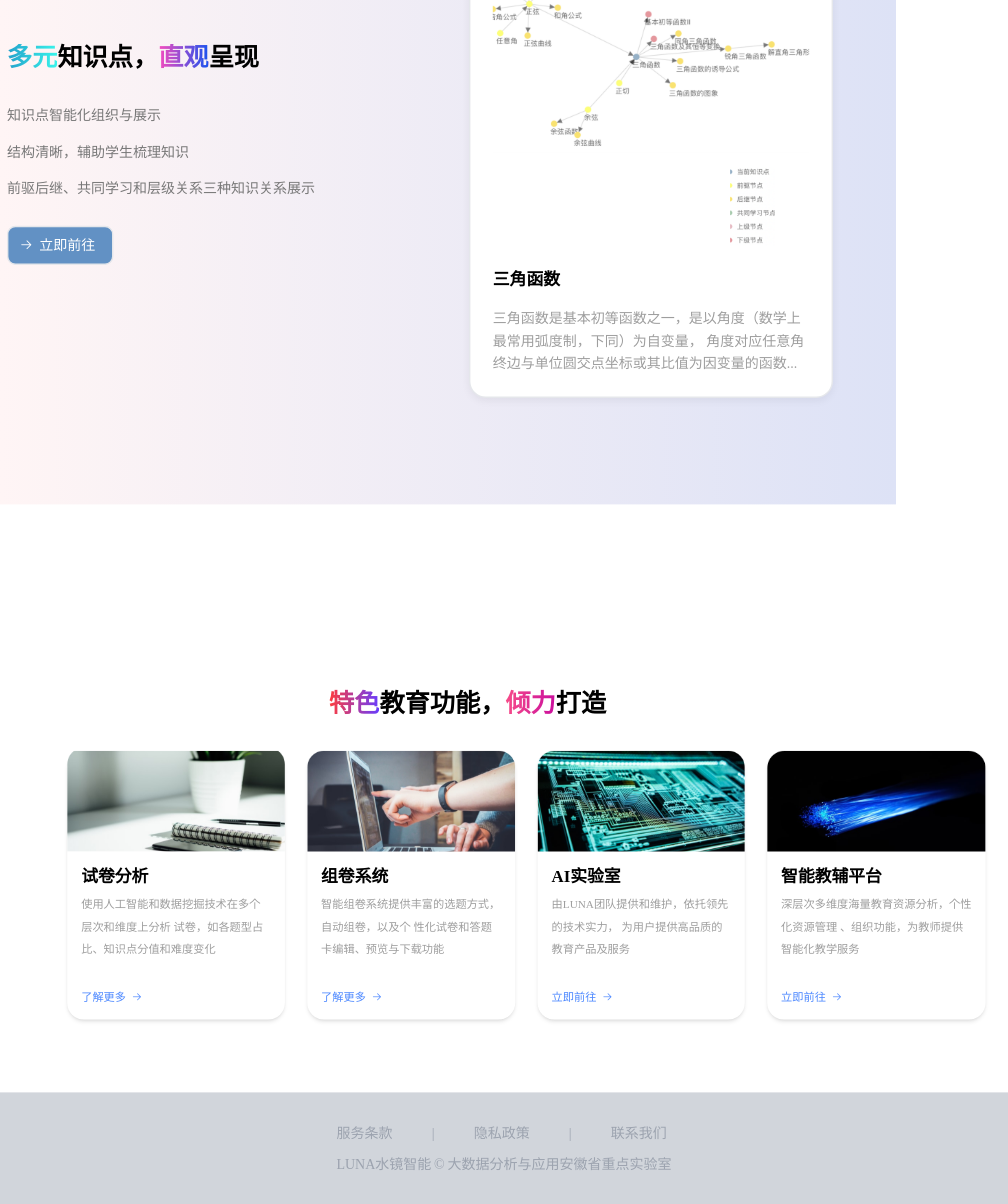
Repository: xydzy1/vue-start
Page: /
The author's editor kept a copy of each file at every save. The page is drawn from the files as they stood at one save, then again after the next save.
The browser window is 1280 px wide. The page is 1440 px wide, so the pictures cover 1440 px, including what lies to the right of the window. The pictures show the part of the page from y = 2632 to 4352 px (the page is 4352 px tall), at 70% of full size.
The project was rebuilt for these pictures with package versions that can differ from the ones it lists, and the page was loaded fresh each time. Also part of the build but not shown: vite.config.js, vue.config.cjs, src/assets/part1.css.

Above is the page before, as saved 2023-08-13 12:43:55.

After the next save:
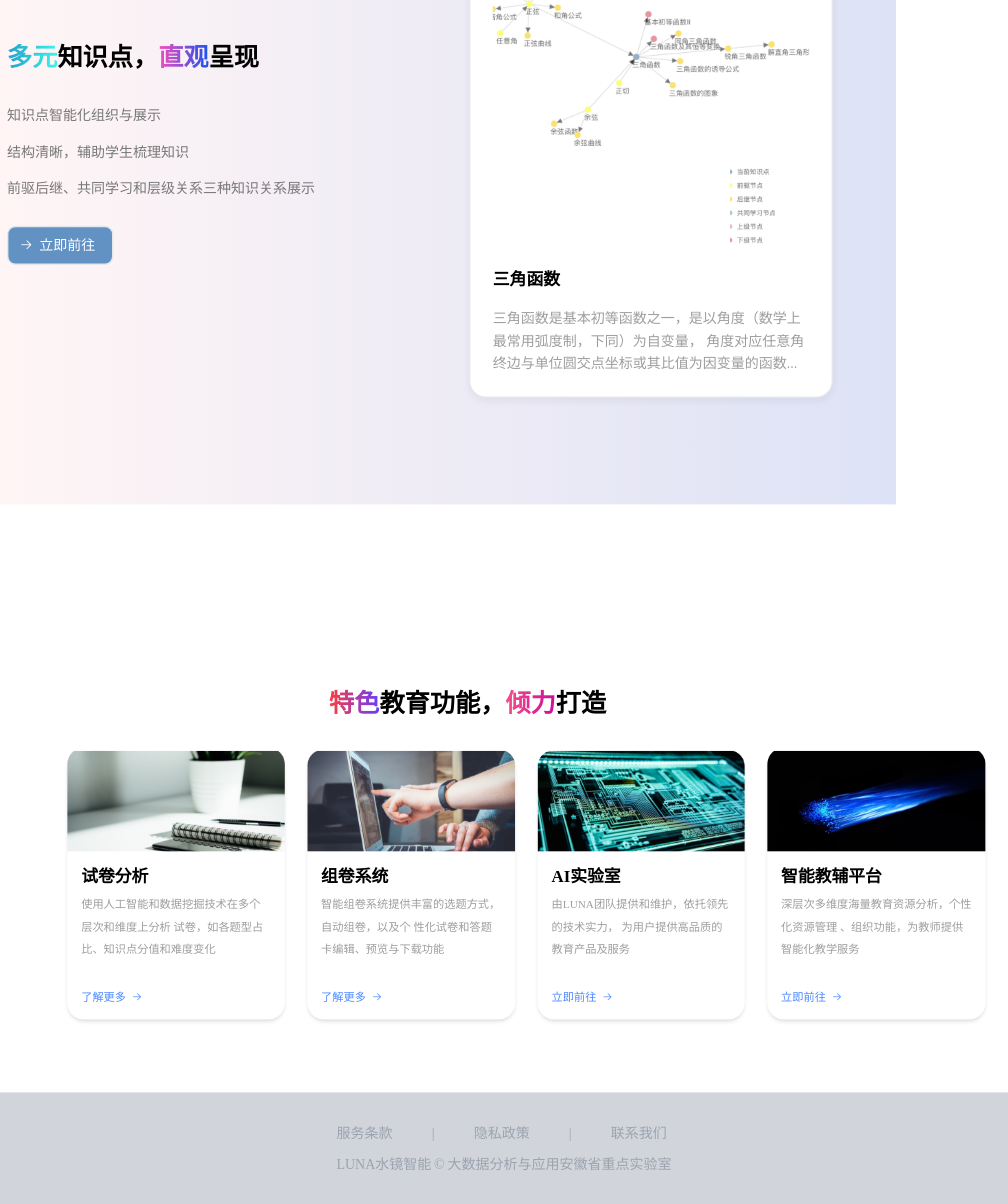
Saved 28 s later.
--- a/src/components/all_part/part4.vue
+++ b/src/components/all_part/part4.vue
@@ -28,7 +28,7 @@
 					</div>
 					<div class="relative transform hover:-translate-y-4 flex flex-col w-auto min-w-72 h-96 rounded-3xl shadow-md mx-4 mt-16 md:mt-0">
 						<div class="w-auto min-w-72 h-36 overflow-hidden">
-							<img src="../../image/p4-2.png" class="w-auto min-w-72 h-auto min-h-36">
+							<img src="../../image/p4-2.png" class="w-full h-full">
 						</div>
 						<span class="text-2xl font-bold mt-5 mx-5">组卷系统</span>
 						<span class="text-p3_cword3 leading-8 mt-2 mx-5 font-normal">
@@ -43,7 +43,7 @@
 				<div class="flex flex-none flex-col md:flex-row max-w-full minw:max-w-2xl">
 					<div class="relative transform hover:-translate-y-4 flex flex-col w-auto min-w-72 h-96 rounded-3xl shadow-md mx-4 mt-16 minw:mt-0">
 							<div class="w-auto min-w-72 h-36 overflow-hidden">
-								<img src="../../image/p4-3.png"	class="w-auto min-w-72 h-auto min-h-36">
+								<img src="../../image/p4-3.png"	class="w-full h-full">
 							</div>
 							<span class="text-2xl font-bold mt-5 mx-5">AI实验室</span>
 							<span class="text-p3_cword3 leading-8 mt-2 mx-5 font-normal">
@@ -56,7 +56,7 @@
 					</div>
 					<div class="relative transform hover:-translate-y-4 flex flex-col w-auto min-w-72 h-96 rounded-3xl shadow-md mx-4 mt-16 minw:mt-0">
 						<div class="w-auto min-w-72 h-36 overflow-hidden">
-							<img src="../../image/p4-4.png" class="w-auto min-w-72 h-auto min-h-36">
+							<img src="../../image/p4-4.png" class="w-full h-full">
 						</div>
 						<span class="text-2xl font-bold mt-5 mx-5">智能教辅平台</span>
 						<span class="text-p3_cword3 leading-8 mt-2 mx-5 font-normal">
